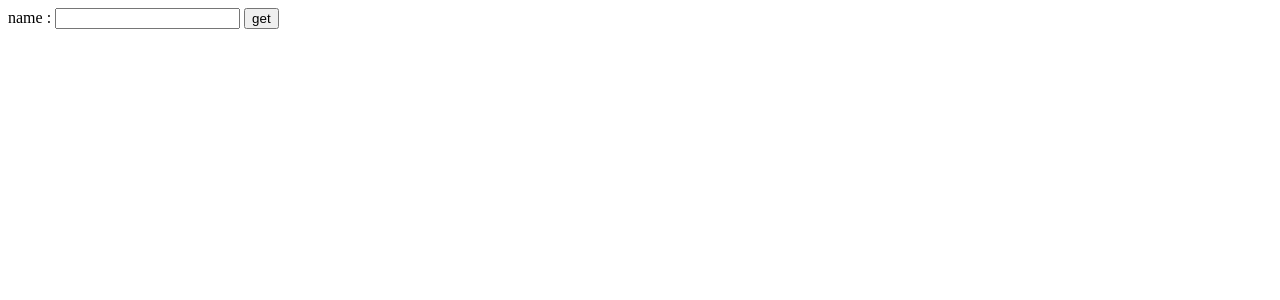
Repository: DongGeunLee99/SMHRD_
Page: 08_JSP/Ex01_GetPost/src/main/webapp/Ex02_GetPost.html
An editor plug-in stored every save of this project. The page is shown before and after the next save, followed by the edit.
The browser window is 1280 px wide. The pictures show the whole page.

Above is the page before, as saved 2025-03-12 06:00:20.

### 08_JSP/Ex01_GetPost/src/main/webapp/Ex02_GetPost.html
<!DOCTYPE html>
<html>
<head>
<meta charset="UTF-8">
<title>Insert title here</title>
</head>
<body>

	<!--
	 form 사용시 전달하고자 하는 내용에 대한 방식을 설정할 수 있다.
	 => method 속성에 방식을 연결
	 1. Get
	 2. Post
	  -->

	<form action="Ex02_GetPost" method="Get">
		name : <input type="text" name="data">
		<input type="submit" value="get">

	</form>

</body>
</html>

After the next save:
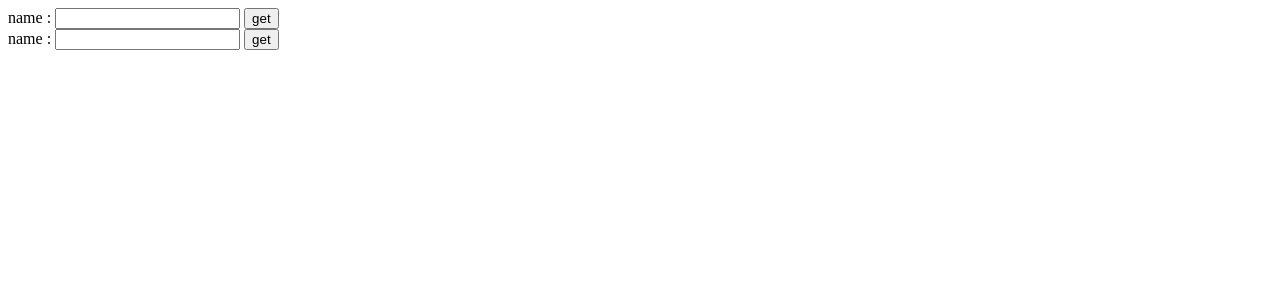
Saved 22 min 24 s later.
--- a/08_JSP/Ex01_GetPost/src/main/webapp/Ex02_GetPost.html
+++ b/08_JSP/Ex01_GetPost/src/main/webapp/Ex02_GetPost.html
@@ -16,7 +16,11 @@
 	<form action="Ex02_GetPost" method="Get">
 		name : <input type="text" name="data">
 		<input type="submit" value="get">
+	</form>
 
+	<form action="Ex02_GetPost" method="post">
+		name : <input type="text" name="data">
+		<input type="submit" value="get">
 	</form>
 
 </body>
